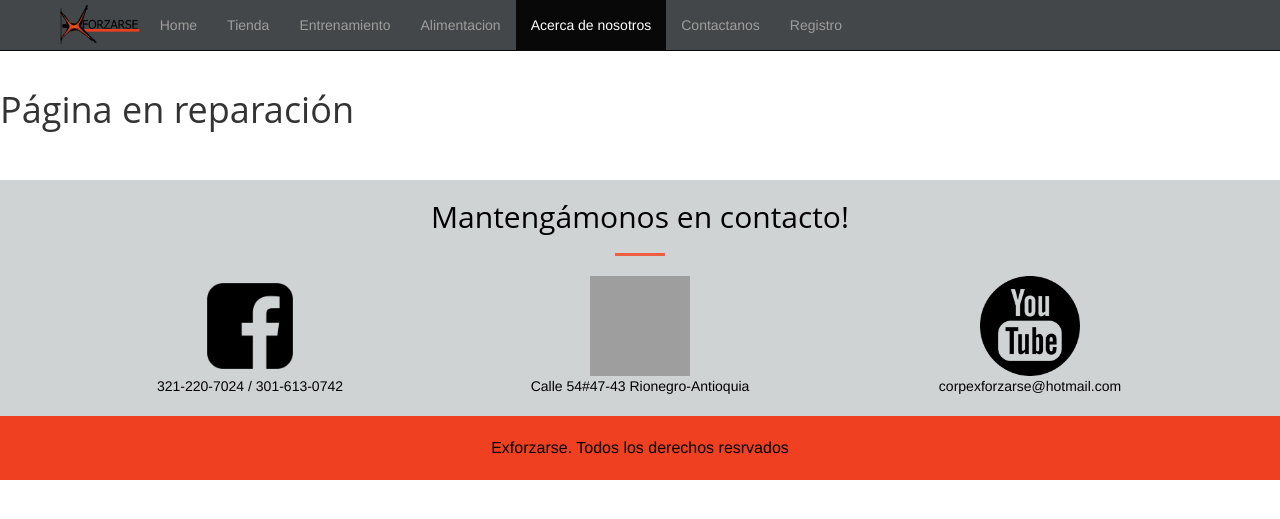
Repository: mahc36/exforzarse
Page: Exforzarse/WebContent/paginas/acercaDeNosotros.html
The author's editor kept a copy of each file at every save. The page is drawn from the files as they stood at one save, then again after the next save.
The browser window is 1280 px wide. The pictures show the whole page.
Pictures or frames that could not be fetched are drawn as grey boxes.

Above is the page before, as saved 2017-08-19 16:17:37.

### Exforzarse/WebContent/paginas/acercaDeNosotros.html
<!DOCTYPE html>
<html lang="en">

<head>
    <meta charset="utf-8">
    <meta http-equiv="X-UA-Compatible" content="IE=edge">
    <meta name="viewport" content="width=device-width, initial-scale=1">
    <!-- The above 3 meta tags *must* come first in the head; any other head content must come *after* these tags -->
    <title>Exforzarse</title>

    <!-- Bootstrap -->
    <link href="../css/bootstrap.min.css" rel="stylesheet">
    <link href="../css/estilos.css" rel="stylesheet">
    <link rel="stylesheet" href="../css/creative.min.css">
    <link rel="icon" type="image/png" sizes="16x16" href="../img/favicon.ico">
</head>

<body>
    <nav class="navbar navbar-inverse navbar-fixed-top">
        <div class="container">
            <div class="navbar-header">
                <div class="navbar-brand">
                    <img src="../img/logoclubexforzarse.png" alt="logo club">
                </div>
                <button type="button" class="navbar-toggle collapsed" data-toggle="collapse" data-target="#navbar" aria-expanded="false" aria-controls="navbar">
                    <span class="sr-only">Toggle navigation</span>
                    <span class="icon-bar"></span>
                    <span class="icon-bar"></span>
                    <span class="icon-bar"></span>
                </button>
            </div>
            <div id="navbar" class="collapse navbar-collapse">
                <ul class="nav navbar-nav">
                    <li><a href="../index.html">Home</a></li>
                    <li><a href="tienda.html">Tienda</a></li>
                    <li><a href="entrenamiento.html">Entrenamiento</a></li>
                    <li><a href="dietas.html">Alimentacion</a></li>
                    <li class="active"><a href="#">Acerca de nosotros</a></li>
                    <li><a href="contacto.html">Contactanos</a></li>
                    <li><a href="registro.html">Registro</a></li>
                </ul>
            </div>
            <!--/.nav-collapse -->
        </div>
    </nav>

    <H1 style="position: position: absolute; top: 50%; left: 50%;;">Página en reparación</H1>

    <br><br>
    <footer style="background-color: #D0D3D4;">
    <br>
        <div class="container">
            <div class="row">
            <div class="col-lg-8 col-lg-offset-2 text-center">
                <h2 class="section-heading"><font color="black">Mantengámonos en contacto!</font></h2>
                <hr class="primary">
            </div>
            <div class="col-lg-4 text-center">
                <a href="https://www.facebook.com/EXFORZARSE/" target="_blank"><img src="../img/darkFacebook.png" width="100" height="100"></a>
            </div>
            <div class="col-lg-4 text-center">
                <a href="https://www.instagram.com/exforzarse/" target="_blank"><img src="../img/darkInstagram3.png" width="100" height="100"></a>
            </div>
            <div class="col-lg-4 text-center">
                <a href="https://www.youtube.com/watch?v=VkQL8aGcTsE" target="_blank"><img src="../img/darkyoutube4.png" width="100" height="100"></a>
            </div>
            <div class="col-lg-4 text-center">
                <i class="fa fa-phone fa-3x sr-contact"></i>
                <span><font color="black">321-220-7024 / 301-613-0742</font></span>
            </div>
            <div class="col-lg-4 text-center">
                <i class="fa fa-road fa-3x sr-contact"></i>
                <span><font color="black">Calle 54#47-43 Rionegro-Antioquia</font></span>
            </div>
            <div class="col-lg-4 text-center">
                <i class="fa fa-envelope-o fa-3x sr-contact"></i>
                <span><font color="black">corpexforzarse@hotmail.com</font></span>
            </div>
        </div>
        <br>
        </div>
        <div style="background-color: #ef4021;">
	        <div class="container">
	        	<br>
	            <p class="text-muted" ALIGN=center><font color="black">Exforzarse. Todos los derechos resrvados</font></p>
	        </div>
    	</div>
    </footer>

    <!-- jQuery (necessary for Bootstrap's JavaScript plugins) -->
    <script src="https://ajax.googleapis.com/ajax/libs/jquery/1.12.4/jquery.min.js"></script>
    <!-- Include all compiled plugins (below), or include individual files as needed -->
    <script src="https://maxcdn.bootstrapcdn.com/bootstrap/3.3.7/js/bootstrap.min.js" integrity="sha384-Tc5IQib027qvyjSMfHjOMaLkfuWVxZxUPnCJA7l2mCWNIpG9mGCD8wGNIcPD7Txa" crossorigin="anonymous"></script>
</body>

</html>

### Exforzarse/WebContent/css/estilos.css
body {
    padding-top: 70px;
    position: relative;
    overflow-x: hidden;
}

.navbar-brand {
    padding: 0px;
}

.navbar-brand>img {
    height: 100%;
    padding: 5px;
    width: auto;
}

.navbar-inverse {
    background-color: #444749;
    border-color: #080808;
}

.containerpie {
    background-color: #EF4021;
}

.carousel {
    height: 500px;
    max-height: 500px;
    overflow: hidden;
}

.item img {
    width: 100%;
    height: auto;
}

.video {
    position: relative;
    height: 0;
    padding-bottom: 56.25%;
    margin-bottom: 80px;
}

video {
    position: absolute;
    min-width: 100%;
    min-height: 100%;
    top: 50%;
    left: 50%;
    transform: translateX(-50%) translateY(-50%);
    z-index: -1;
}

iframe {
    position: absolute;
    width: 100%;
    height: 100%;
    left: 0;
}

.rutinasmenu {
    margin: 0 0 0 2%;
    float: left;
    width: 20%;
}

.rutinasmenu>p {
    font-weight: bold;
    font-size: 25px;
}

.list-group-item:hover {
    font-size: 120%;
    background-image: -webkit-linear-gradient(top, #DF7401 0%, #FE9A2E 100%);
}

.navbar-inverse .navbar-nav>.active>a:hover {
    background-color: chocolate;
    color: black;
}

.navbar-inverse .navbar-nav>li>a:hover {
    background-color: chocolate;
    color: black;
}

.nav-tabs>li>a {
    font-weight: bold;
}

.nav-tabs>li>a:hover {
    background-color: chocolate;
    color: black;
    font-size: 120%;
}

a {
    color: black;
}

.footer {
    position: absolute;
    bottom: 0;
    width: 100%;
    height: 60px;
    background-color: #f5f5f5;
}

section#contact {
    background-color: white;
    background-image: url(../img/DSC_0414.JPG);
    background-size: cover;
    background-position: center;
    background-repeat: no-repeat;
}

section {
    padding: 73px 0px;
}

section#contact .section-heading {
    color: black;
}

section#contact .form-group {
    margin-bottom: 25px;
}

section#contact .form-group input,
section#contact .form-group textarea {
    padding: 20px;
}

section#contact .form-group input.form-control {
    height: auto;
}

section#contact .form-group textarea.form-control {
    height: 236px;
}

section#contact .form-control:focus {
    border-color: #fed136;
    box-shadow: none;
}

section#contact ::-webkit-input-placeholder {
    font-family: "Montserrat", "Helvetica Neue", Helvetica, Arial, sans-serif;
    text-transform: uppercase;
    font-weight: 700;
    color: darkgray;
}

.gellary_bg_none img {
    width: 100%;
    height: 250px;
}

section#contact :-moz-placeholder {
    /* Firefox 18- */
    font-family: "Montserrat", "Helvetica Neue", Helvetica, Arial, sans-serif;
    text-transform: uppercase;
    font-weight: 700;
    color: darkgray;
}

section#contact ::-moz-placeholder {
    /* Firefox 19+ */
    font-family: "Montserrat", "Helvetica Neue", Helvetica, Arial, sans-serif;
    text-transform: uppercase;
    font-weight: 700;
    color: #eeeeee;
}

section#contact :-ms-input-placeholder {
    font-family: "Montserrat", "Helvetica Neue", Helvetica, Arial, sans-serif;
    text-transform: uppercase;
    font-weight: 700;
    color: darkgray;
}

section#contact .text-danger {
    color: #e74c3c;
}

.about_our_company {
    text-align: center;
    margin-bottom: 20px;
    font-weight: bold;
}

.about_our_company h1 {
    text-align: center;
    margin-bottom: 50px;
    font-weight: bold;
    font-size: 50px;
    color: chocolate;
    text-shadow: 1px 1px 3px #323232;
}

.titleline-icon {
    position: relative;
    max-width: 100px;
    border-top: 4px double #F99700;
    margin: 20px auto 20px;
}

.titleline-icon:after {
    position: absolute;
    top: -11px;
    left: 0;
    right: 0;
    margin: auto;
    font-family: 'FontAwesome';
    content: "\f141";
    font-size: 20px;
    line-height: 1;
    color: #F99700;
    text-align: center;
    vertical-align: middle;
    width: 40px;
    height: 20px;
    background: #ffffff;
}

.btn {}

.get {
    background-color: chocolate;
}

Loaded but not shown: Exforzarse/WebContent/css/bootstrap.min.css (library); Exforzarse/WebContent/css/creative.min.css (library)

After the next save:
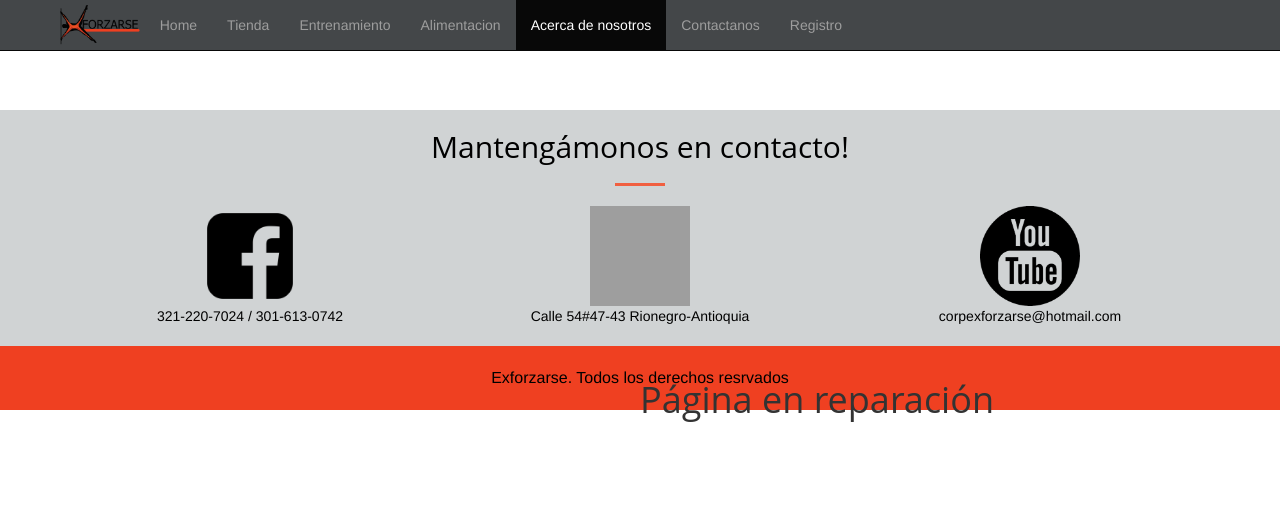
Saved 23 s later.
--- a/Exforzarse/WebContent/paginas/acercaDeNosotros.html
+++ b/Exforzarse/WebContent/paginas/acercaDeNosotros.html
@@ -44,7 +44,7 @@
         </div>
     </nav>
 
-    <H1 style="position: position: absolute; top: 50%; left: 50%;;">Página en reparación</H1>
+    <H1 style="position: absolute; top: 50%; left: 50%;;">Página en reparación</H1>
 
     <br><br>
     <footer style="background-color: #D0D3D4;">
